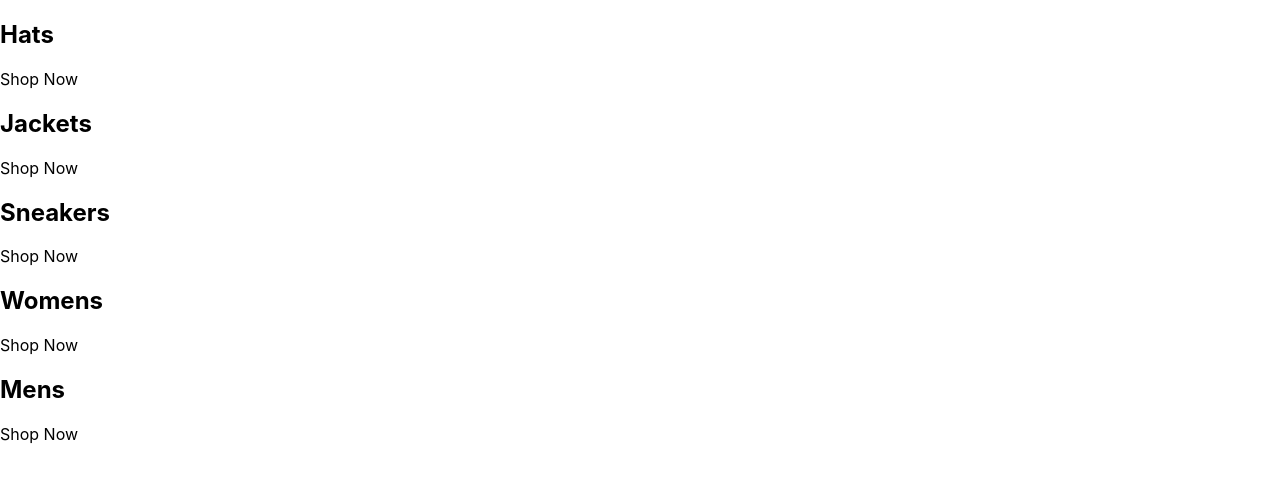
Repository: minhtien9/clothing
Page: /
An editor plug-in stored every save of this project. The page is shown before and after the next save, followed by the edit.
The browser window is 1280 px wide. The pictures show the whole page.
The project was rebuilt for these pictures with package versions that can differ from the ones it lists, and the page was loaded fresh each time. Also part of the build but not shown: src/categories.styles.scss.

Above is the page before, as saved 2022-07-29 15:52:50.

After the next save:
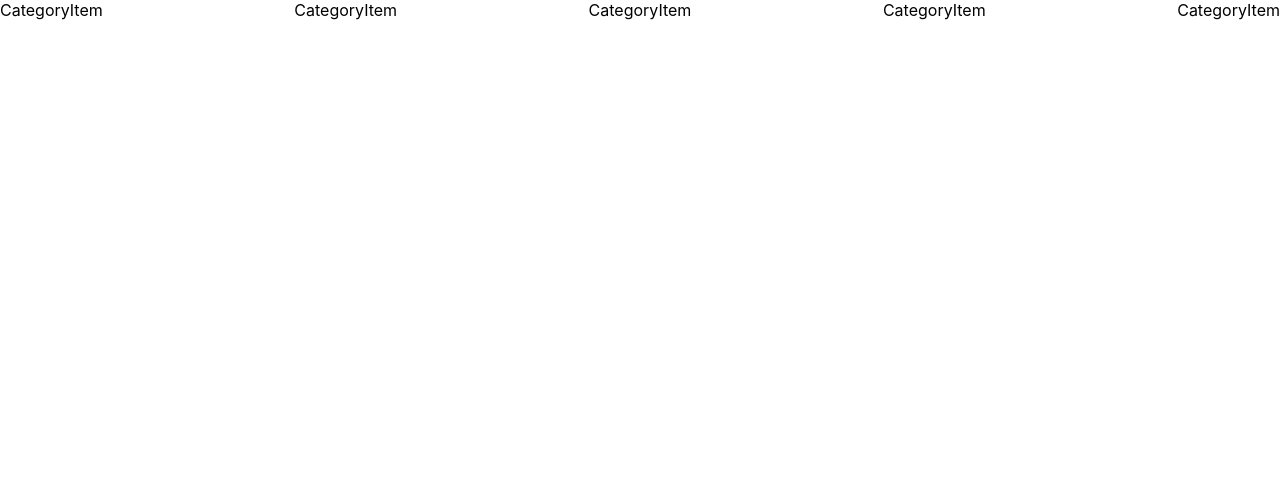
Saved 15 s later.
--- a/src/App.js
+++ b/src/App.js
@@ -1,4 +1,5 @@
 import "./categories.styles.scss";
+import CategoryItem from "./components/category-item/CategoryItem";
 
 function App() {
     const categories = [
@@ -26,13 +27,7 @@
     return (
         <div className='categories-container'>
             {categories.map(({ title, id }) => (
-                <div key={id} className='category-container'>
-                    <div className='background-image'></div>
-                    <div className='category-body-container'>
-                        <h2>{title}</h2>
-                        <p>Shop Now</p>
-                    </div>
-                </div>
+                <CategoryItem />
             ))}
         </div>
     );
